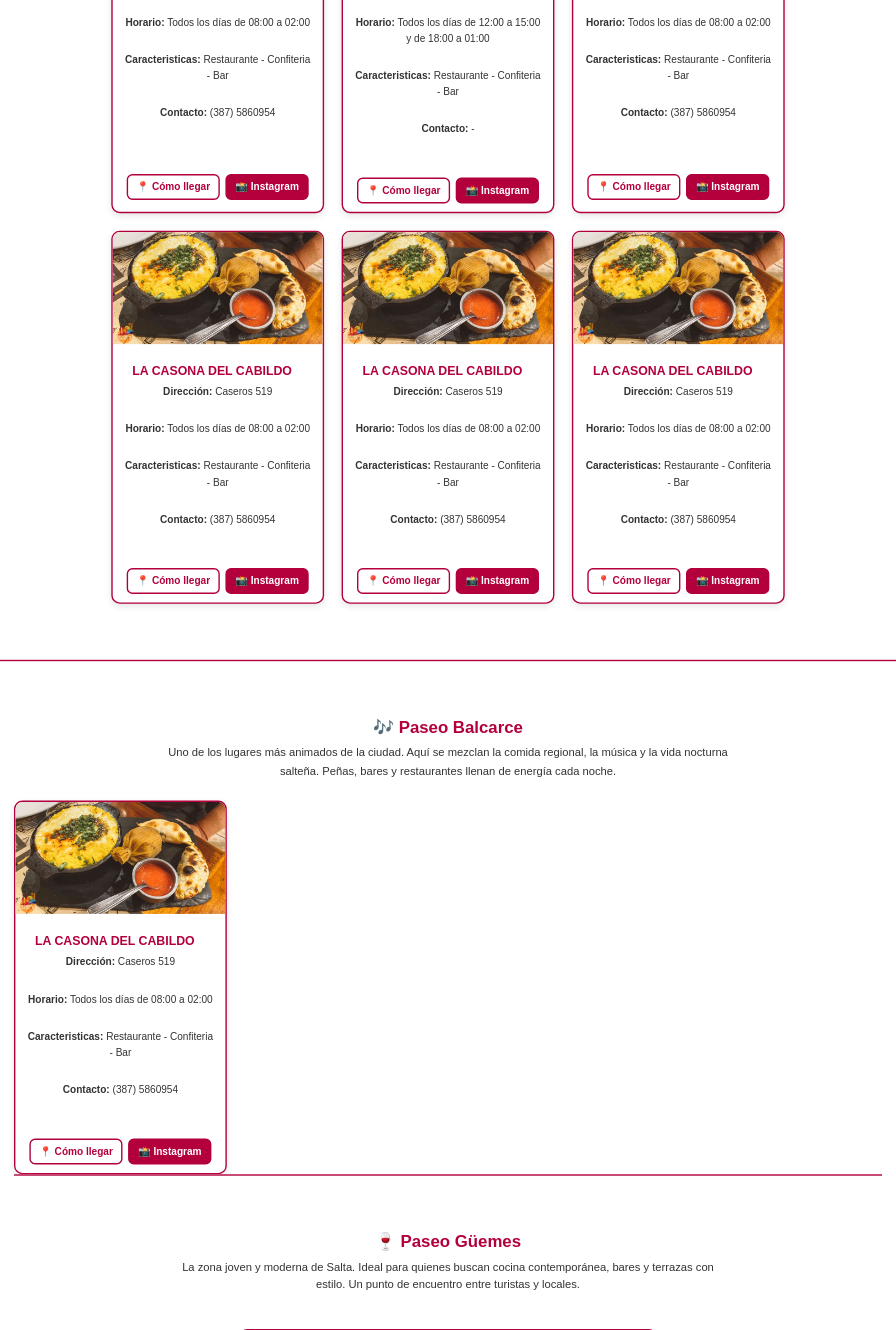
Repository: nahir95/come-en-salta
Page: restaurantes.html
An editor plug-in stored every save of this project. The page is shown before and after the next save, followed by the edit.
The browser window is 1280 px wide. The pictures show the part of the page from y = 2022 to 3922 px (the page is 6084 px tall before and 8751 px after), at 70% of full size.
Pictures or frames that could not be fetched are drawn as grey boxes.

Above is the page before, as saved 2025-11-12 02:47:12.

### restaurantes.html
<!doctype html>
<html lang="es">
<head>
  <meta charset="utf-8" />
  <meta name="viewport" content="width=device-width, initial-scale=1" />
  <title>Restaurantes - Comé en Salta</title>
  <link rel="stylesheet" href="style.css">
</head>

<body>
  <header>
    <h1>Comé en Salta</h1>
    <nav>
      <a href="index.html">Inicio</a>
      <a href="restaurantes.html">Restaurantes</a>
      <a href="penas.html">Peñas</a>
      <a href="#contacto">Contacto</a>
    </nav>
  </header>

  <main class="restaurantes">
    <section class="intro">
      <h2>Los mejores lugares para disfrutar en Salta</h2>
      <p>Explorá los sabores salteños en cada rincón de la ciudad. Desde el corazón histórico hasta los paseos más modernos, la gastronomía local te invita a vivir experiencias únicas.</p>
    </section>

    <!-- PLAZA 9 DE JULIO -->
<section id="plaza9" class="zona">
  <h2>🍽️ Plaza 9 de Julio</h2>
  <p>El corazón histórico de Salta ofrece restaurantes con encanto colonial, ideales para disfrutar de la gastronomía local frente a la plaza principal.</p>

  <div class="zona-grid">

    <!-- Restaurante 1 -->
    <article class="card restaurante">
      <img src="imagenes/cafe-catedral.jpeg" alt="El Solar del Convento">
      <div class="card-content">
        <h3>CAFE CATEDRAL</h3>
        <p><strong>Dirección:</strong> Bartolomé Mitre 95</p>
        <p><strong>Horarios:</strong> Lunes a Viernes: 7:00 a 22:00 - Sabado: 7:00 a 14:00</p>
        <p><strong>Caracteristicas:</strong> Desayunos, Almuerzos, Meriendas</p>
        <p><strong>Contacto:</strong> (387) 4317756 - (387) 5323658</p>
        <div class="btns-resto">
          <a href="https://maps.app.goo.gl/VMKrjFsvunXBDcr2A" target="_blank" class="btn">📍 Cómo llegar</a>
          <a href="https://www.instagram.com/cafecatedral_?igsh=MnE1amYwa3dqeDF6" target="_blank" class="btn btn-secundario">📸 Instagram</a>
        </div>
      </div>
    </article>

    <!-- Restaurante 2 -->
    <article class="card restaurante">
      <img src="imagenes/fritito.jpeg" alt="Fritito">
      <div class="card-content">
        <h3>FRITITO</h3>
        <p><strong>Dirección:</strong> Bartolome Mitre 85</p>
        <p><strong>Horario:</strong> Todos los días de 10:00 a 23:00</p>
        <p><strong>Caracteristicas:</strong> Comidas Rapidas - Fries & Burger</p>
        <p><strong>Contacto:</strong> (387) 5742741</p> <br> <br>
        <div class="btns-resto">
          <a href="https://maps.app.goo.gl/fA5zTu5r4aBTFWrC6?g_st=aw" target="_blank" class="btn">📍 Cómo llegar</a>
          <a href="https://www.instagram.com/fritito.salta?igsh=MXFieXNvZHdlZHZzZg==" target="_blank" class="btn btn-secundario">📸 Instagram</a>
        </div>
      </div>
    </article>

    <!-- Restaurante 3 -->
     <article class="card restaurante">
      <img src="imagenes/el-wey.png" alt="El Wey">
      <div class="card-content">
        <h3>EL WEY</h3>
        <p><strong>Dirección:</strong> Bartolome Mitre 81</p>
        <p><strong>Horario:</strong> Todos los días de 12:00 a 16:00 y de 19:00 a 00:00</p>
        <p><strong>Caracteristicas:</strong> Comida Mexicana: Tacos</p>
        <p><strong>Contacto:</strong> (387) 5157868</p> <br>
        <div class="btns-resto">
          <a href="https://maps.app.goo.gl/HWUzTfTShyvQshCx5?g_st=aw" target="_blank" class="btn">📍 Cómo llegar</a>
          <a href="https://www.instagram.com/el_wey_tacos?igsh=Mzk2ZTZzdmM3N3g5" target="_blank" class="btn btn-secundario">📸 Instagram</a>
        </div>
      </div>
     </article>

     <!-- Restaurante 4 -->
      <article class="card restaurante">
        <img src="imagenes/yako.jpeg" alt="Yako">
        <div class="card-content">
          <h3>YAKO MAAM</h3>
          <P><strong>Dirección:</strong> Bartolome Mitre 77</P>
          <p><strong>Horario:</strong> Todos los dias de 08:00 a 23:30</p>
          <p><strong>Caracteristicas:</strong> Cocina de Altura con técnicas de alta calidad.</p>
          <p><strong>Contacto:</strong> (387) 2529196</p> <br> <br> <br> <br> <br>
           <div class="btns-resto">
          <a href="https://maps.app.goo.gl/gud9KhsUfRgktwaAA?g_st=aw" target="_blank" class="btn">📍 Cómo llegar</a>
          <a href="https://www.instagram.com/yako.maam?igsh=ZW82NnRrNmltaHpj" target="_blank" class="btn btn-secundario">📸 Instagram</a>
        </div>
        </div>
      </article>

       <!-- Restaurante 5 -->
     <article class="card restaurante">
      <img src="imagenes/tuna.jpeg" alt="Tuna Cocina">
      <div class="card-content">
        <h3>TUNA COCINA</h3>
        <p><strong>Dirección:</strong> Bartolome Mitre 37 - Galeria El Palacio</p>
        <p><strong>Horario:</strong> Lunes a Jueves y Domingos: 07:00 a 01:00 - Los Viernes y Sabados: 07:00 a 02:00</p>
        <p><strong>Caracteristicas:</strong> Desayunos, Almuerzos. Meriendas, Cenas, Bar</p>
        <p><strong>Contacto:</strong> (387) 5381427</p> <br>
        <div class="btns-resto">
          <a href="https://maps.app.goo.gl/PCjznmCm7fmgmqhf8?g_st=aw" target="_blank" class="btn">📍 Cómo llegar</a>
          <a href="https://www.instagram.com/tunacocina?igsh=bWRpaGdxN2wyMXRj" target="_blank" class="btn btn-secundario">📸 Instagram</a>
        </div>
      </div>
     </article>

      <!-- Restaurante 6 -->
     <article class="card restaurante">
      <img src="imagenes/new-time.png" alt="New Time">
      <div class="card-content">
        <h3>NEW TIME</h3>
        <p><strong>Dirección:</strong> Caseros 602</p>
        <p><strong>Horario:</strong> Lunes a Viernes: 08:00 a 02:00 - Sabados y Domingos: 06:00 a 02:00</p>
        <p><strong>Caracteristicas:</strong> Desayunos, Almuerzos, Meriendas, Cenas</p>
        <p><strong>Contacto:</strong> (387) 4317567</p> <br> <br> <br> <br>
        <div class="btns-resto">
          <a href="https://maps.app.goo.gl/SDz5q4yyxKZGqRi97?g_st=aw" target="_blank" class="btn">📍 Cómo llegar</a>
        </div>
      </div>
     </article>

      <!-- Restaurante 7 -->
     <article class="card restaurante">
      <img src="imagenes/la-casona.webp" alt="La Casona del Cabildo">
      <div class="card-content">
        <h3>LA CASONA DEL CABILDO</h3>
        <p><strong>Dirección:</strong> Caseros 519</p>
        <p><strong>Horario:</strong> Todos los días de 08:00 a 02:00</p>
        <p><strong>Caracteristicas:</strong> Restaurante - Confiteria - Bar</p>
        <p><strong>Contacto:</strong> (387) 5860954</p> <br> <br>
        <div class="btns-resto">
          <a href="https://maps.app.goo.gl/SqyFGXWdCELtACJa8?g_st=aw" target="_blank" class="btn">📍 Cómo llegar</a>
          <a href="https://www.instagram.com/lacasonadelcabildo?igsh=MThnNnZqaWN6cmZneg==" target="_blank" class="btn btn-secundario">📸 Instagram</a>
        </div>
      </div>
     </article>

      <!-- Restaurante 8 -->
     <article class="card restaurante">
      <img src="imagenes/pulperia.png" alt="Pulperia 1910">
      <div class="card-content">
        <h3>PULPERIA 1910</h3>
        <p><strong>Dirección:</strong> Caseros 511</p>
        <p><strong>Horario:</strong> Todos los días de 12:00 a 15:00 y de 18:00 a 01:00</p>
        <p><strong>Caracteristicas:</strong> Restaurante - Confiteria - Bar</p>
        <p><strong>Contacto:</strong> - </p> <br>
        <div class="btns-resto">
          <a href="https://maps.app.goo.gl/pwbjSTetp75Qohrx8?g_st=aw" target="_blank" class="btn">📍 Cómo llegar</a>
          <a href="https://www.instagram.com/pulperia.1910?igsh=dnhlMGJxeWgxdmh1" target="_blank" class="btn btn-secundario">📸 Instagram</a>
        </div>
      </div>
     </article>

      <!-- Restaurante 9 -->
     <article class="card restaurante">
      <img src="imagenes/carrusel-1.jpg" alt="La Casona del Cabildo">
      <div class="card-content">
        <h3>LA CASONA DEL CABILDO</h3>
        <p><strong>Dirección:</strong> Caseros 519</p>
        <p><strong>Horario:</strong> Todos los días de 08:00 a 02:00</p>
        <p><strong>Caracteristicas:</strong> Restaurante - Confiteria - Bar</p>
        <p><strong>Contacto:</strong> (387) 5860954</p> <br> <br>
        <div class="btns-resto">
          <a href="https://maps.app.goo.gl/SqyFGXWdCELtACJa8?g_st=aw" target="_blank" class="btn">📍 Cómo llegar</a>
          <a href="https://www.instagram.com/lacasonadelcabildo?igsh=MThnNnZqaWN6cmZneg==" target="_blank" class="btn btn-secundario">📸 Instagram</a>
        </div>
      </div>
     </article>

      <!-- Restaurante 10 -->
     <article class="card restaurante">
      <img src="imagenes/carrusel-1.jpg" alt="La Casona del Cabildo">
      <div class="card-content">
        <h3>LA CASONA DEL CABILDO</h3>
        <p><strong>Dirección:</strong> Caseros 519</p>
        <p><strong>Horario:</strong> Todos los días de 08:00 a 02:00</p>
        <p><strong>Caracteristicas:</strong> Restaurante - Confiteria - Bar</p>
        <p><strong>Contacto:</strong> (387) 5860954</p> <br>
        <div class="btns-resto">
          <a href="https://maps.app.goo.gl/SqyFGXWdCELtACJa8?g_st=aw" target="_blank" class="btn">📍 Cómo llegar</a>
          <a href="https://www.instagram.com/lacasonadelcabildo?igsh=MThnNnZqaWN6cmZneg==" target="_blank" class="btn btn-secundario">📸 Instagram</a>
        </div>
      </div>
     </article>

      <!-- Restaurante 11 -->
     <article class="card restaurante">
      <img src="imagenes/carrusel-1.jpg" alt="La Casona del Cabildo">
      <div class="card-content">
        <h3>LA CASONA DEL CABILDO</h3>
        <p><strong>Dirección:</strong> Caseros 519</p>
        <p><strong>Horario:</strong> Todos los días de 08:00 a 02:00</p>
        <p><strong>Caracteristicas:</strong> Restaurante - Confiteria - Bar</p>
        <p><strong>Contacto:</strong> (387) 5860954</p> <br>
        <div class="btns-resto">
          <a href="https://maps.app.goo.gl/SqyFGXWdCELtACJa8?g_st=aw" target="_blank" class="btn">📍 Cómo llegar</a>
          <a href="https://www.instagram.com/lacasonadelcabildo?igsh=MThnNnZqaWN6cmZneg==" target="_blank" class="btn btn-secundario">📸 Instagram</a>
        </div>
      </div>
     </article>

      <!-- Restaurante 12 -->
     <article class="card restaurante">
      <img src="imagenes/carrusel-1.jpg" alt="La Casona del Cabildo">
      <div class="card-content">
        <h3>LA CASONA DEL CABILDO</h3>
        <p><strong>Dirección:</strong> Caseros 519</p>
        <p><strong>Horario:</strong> Todos los días de 08:00 a 02:00</p>
        <p><strong>Caracteristicas:</strong> Restaurante - Confiteria - Bar</p>
        <p><strong>Contacto:</strong> (387) 5860954</p> <br>
        <div class="btns-resto">
          <a href="https://maps.app.goo.gl/SqyFGXWdCELtACJa8?g_st=aw" target="_blank" class="btn">📍 Cómo llegar</a>
          <a href="https://www.instagram.com/lacasonadelcabildo?igsh=MThnNnZqaWN6cmZneg==" target="_blank" class="btn btn-secundario">📸 Instagram</a>
        </div>
      </div>
     </article>




  </div>
</section>


    <!-- PASEO BALCARCE -->
    <section id="balcarce" class="zona">
      <h2>🎶 Paseo Balcarce</h2>
      <p>Uno de los lugares más animados de la ciudad. Aquí se mezclan la comida regional, la música y la vida nocturna salteña. Peñas, bares y restaurantes llenan de energía cada noche.</p>

     <!-- Restaurante 12 -->
     <article class="card restaurante">
      <img src="imagenes/carrusel-1.jpg" alt="La Casona del Cabildo">
      <div class="card-content">
        <h3>LA CASONA DEL CABILDO</h3>
        <p><strong>Dirección:</strong> Caseros 519</p>
        <p><strong>Horario:</strong> Todos los días de 08:00 a 02:00</p>
        <p><strong>Caracteristicas:</strong> Restaurante - Confiteria - Bar</p>
        <p><strong>Contacto:</strong> (387) 5860954</p> <br>
        <div class="btns-resto">
          <a href="https://maps.app.goo.gl/SqyFGXWdCELtACJa8?g_st=aw" target="_blank" class="btn">📍 Cómo llegar</a>
          <a href="https://www.instagram.com/lacasonadelcabildo?igsh=MThnNnZqaWN6cmZneg==" target="_blank" class="btn btn-secundario">📸 Instagram</a>
        </div>
      </div>
     </article>

    <!-- PASEO GÜEMES -->
    <section id="guemes" class="zona">
      <h2>🍷 Paseo Güemes</h2>
      <p>La zona joven y moderna de Salta. Ideal para quienes buscan cocina contemporánea, bares y terrazas con estilo. Un punto de encuentro entre turistas y locales.</p>

      <div class="zona-grid">
        <article class="card">
          <img src="https://images.unsplash.com/photo-1615719413546-198b25453f85?w=800" alt="Paseo Güemes">
          <h3>El Charrúa</h3>
          <p>Especialidad en carnes a la parrilla y vinos de altura. Un clásico salteño imperdible.</p>
        </article>
        <article class="card">
          <img src="https://images.unsplash.com/photo-1551218808-94e220e084d2?w=800" alt="Café moderno">
          <h3>Baco Resto Bar</h3>
          <p>Ambiente moderno y excelente coctelería, ideal para compartir entre amigos.</p>
        </article>
      </div>
    </section>

    <!-- CADENAS DE COMIDAS RÁPIDAS -->
    <section id="rapidas" class="zona">
      <h2>🍔 Cadenas de Comidas Rápidas</h2>
      <p>También hay opciones para quienes buscan algo rápido y conocido. Las principales cadenas se encuentran cerca del centro y los shoppings.</p>

      <ul class="lista-rapidas">
        <li>McDonald’s – Shopping Alto NOA</li>
        <li>Burger King – Caseros 500</li>
        <li>Mostaza – Paseo Güemes</li>
        <li>Subway – Balcarce 50</li>
      </ul>
    </section>

    <!-- EXTRA: RESTAURANTES DESTACADOS -->
    <section id="destacados" class="zona">
      <h2>⭐ Recomendados por los turistas</h2>
      <p>Según visitantes y locales, estos son algunos de los restaurantes imperdibles para vivir la experiencia completa de la gastronomía salteña.</p>
      <div class="zona-grid">
        <article class="card">
          <img src="https://images.unsplash.com/photo-1504674900247-0877df9cc836?w=800" alt="Empanadas salteñas">
          <h3>Doña Salta</h3>
          <p>Empanadas caseras, locro y guisos típicos en un ambiente colonial.</p>
        </article>
        <article class="card">
          <img src="https://images.unsplash.com/photo-1601924582971-c8b28a3a13f1?w=800" alt="Locro salteño">
          <h3>El Patio de la Empanada</h3>
          <p>Conocido por su sabor auténtico y precios populares. Ideal para turistas.</p>
        </article>
      </div>
    </section>
  </main>

  <footer>
    Creado con ❤️ por Comé en Salta · 2025
  </footer>
</body>
</html>

Loaded but not shown: style.css (441 lines, source omitted)

After the next save:
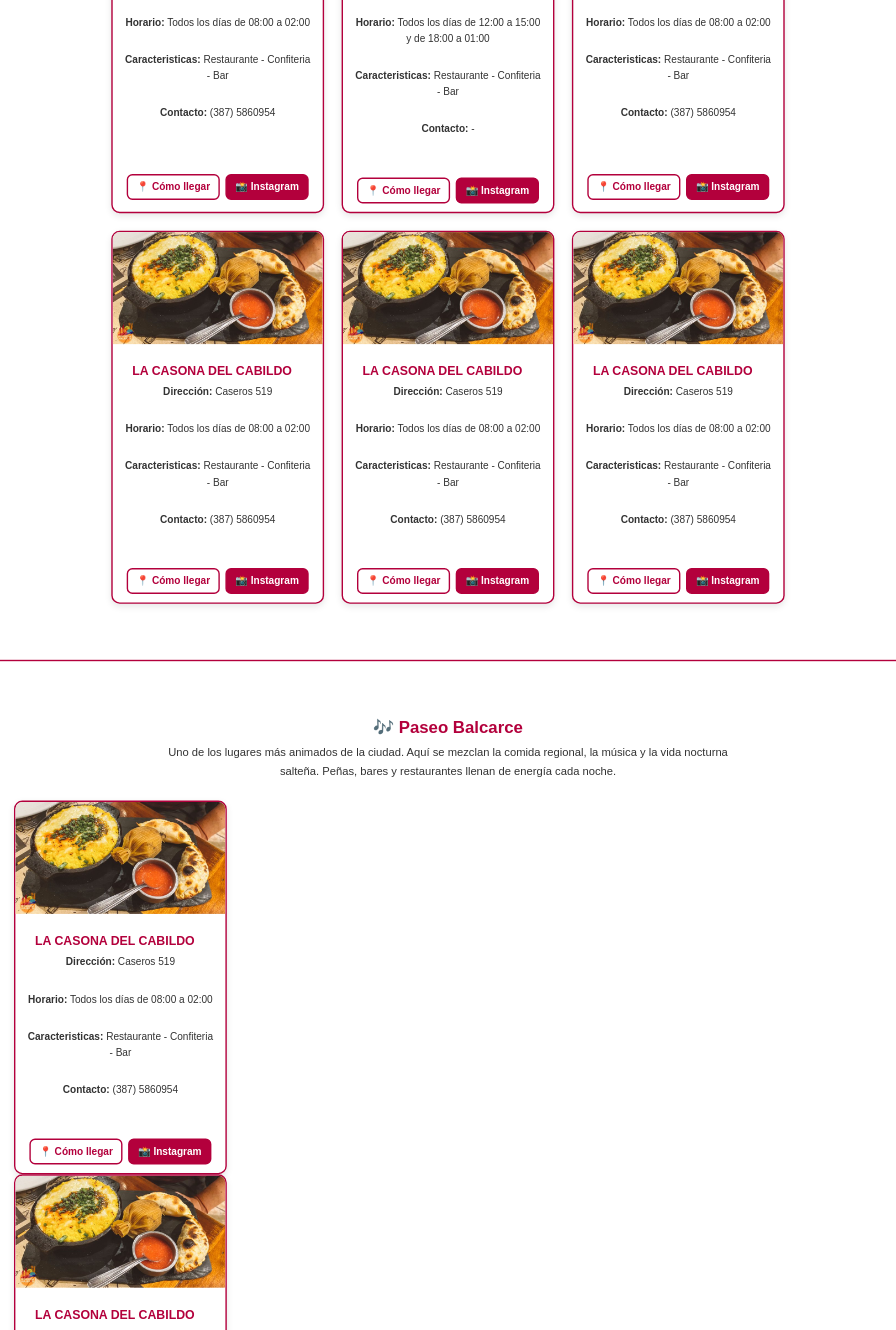
Saved 104 s later.
--- a/restaurantes.html
+++ b/restaurantes.html
@@ -249,6 +249,87 @@
         </div>
       </div>
      </article>
+
+      <!-- Restaurante 12 -->
+     <article class="card restaurante">
+      <img src="imagenes/carrusel-1.jpg" alt="La Casona del Cabildo">
+      <div class="card-content">
+        <h3>LA CASONA DEL CABILDO</h3>
+        <p><strong>Dirección:</strong> Caseros 519</p>
+        <p><strong>Horario:</strong> Todos los días de 08:00 a 02:00</p>
+        <p><strong>Caracteristicas:</strong> Restaurante - Confiteria - Bar</p>
+        <p><strong>Contacto:</strong> (387) 5860954</p> <br>
+        <div class="btns-resto">
+          <a href="https://maps.app.goo.gl/SqyFGXWdCELtACJa8?g_st=aw" target="_blank" class="btn">📍 Cómo llegar</a>
+          <a href="https://www.instagram.com/lacasonadelcabildo?igsh=MThnNnZqaWN6cmZneg==" target="_blank" class="btn btn-secundario">📸 Instagram</a>
+        </div>
+      </div>
+     </article>
+
+      <!-- Restaurante 12 -->
+     <article class="card restaurante">
+      <img src="imagenes/carrusel-1.jpg" alt="La Casona del Cabildo">
+      <div class="card-content">
+        <h3>LA CASONA DEL CABILDO</h3>
+        <p><strong>Dirección:</strong> Caseros 519</p>
+        <p><strong>Horario:</strong> Todos los días de 08:00 a 02:00</p>
+        <p><strong>Caracteristicas:</strong> Restaurante - Confiteria - Bar</p>
+        <p><strong>Contacto:</strong> (387) 5860954</p> <br>
+        <div class="btns-resto">
+          <a href="https://maps.app.goo.gl/SqyFGXWdCELtACJa8?g_st=aw" target="_blank" class="btn">📍 Cómo llegar</a>
+          <a href="https://www.instagram.com/lacasonadelcabildo?igsh=MThnNnZqaWN6cmZneg==" target="_blank" class="btn btn-secundario">📸 Instagram</a>
+        </div>
+      </div>
+     </article>
+
+      <!-- Restaurante 12 -->
+     <article class="card restaurante">
+      <img src="imagenes/carrusel-1.jpg" alt="La Casona del Cabildo">
+      <div class="card-content">
+        <h3>LA CASONA DEL CABILDO</h3>
+        <p><strong>Dirección:</strong> Caseros 519</p>
+        <p><strong>Horario:</strong> Todos los días de 08:00 a 02:00</p>
+        <p><strong>Caracteristicas:</strong> Restaurante - Confiteria - Bar</p>
+        <p><strong>Contacto:</strong> (387) 5860954</p> <br>
+        <div class="btns-resto">
+          <a href="https://maps.app.goo.gl/SqyFGXWdCELtACJa8?g_st=aw" target="_blank" class="btn">📍 Cómo llegar</a>
+          <a href="https://www.instagram.com/lacasonadelcabildo?igsh=MThnNnZqaWN6cmZneg==" target="_blank" class="btn btn-secundario">📸 Instagram</a>
+        </div>
+      </div>
+     </article>
+
+      <!-- Restaurante 12 -->
+     <article class="card restaurante">
+      <img src="imagenes/carrusel-1.jpg" alt="La Casona del Cabildo">
+      <div class="card-content">
+        <h3>LA CASONA DEL CABILDO</h3>
+        <p><strong>Dirección:</strong> Caseros 519</p>
+        <p><strong>Horario:</strong> Todos los días de 08:00 a 02:00</p>
+        <p><strong>Caracteristicas:</strong> Restaurante - Confiteria - Bar</p>
+        <p><strong>Contacto:</strong> (387) 5860954</p> <br>
+        <div class="btns-resto">
+          <a href="https://maps.app.goo.gl/SqyFGXWdCELtACJa8?g_st=aw" target="_blank" class="btn">📍 Cómo llegar</a>
+          <a href="https://www.instagram.com/lacasonadelcabildo?igsh=MThnNnZqaWN6cmZneg==" target="_blank" class="btn btn-secundario">📸 Instagram</a>
+        </div>
+      </div>
+     </article>
+
+      <!-- Restaurante 12 -->
+     <article class="card restaurante">
+      <img src="imagenes/carrusel-1.jpg" alt="La Casona del Cabildo">
+      <div class="card-content">
+        <h3>LA CASONA DEL CABILDO</h3>
+        <p><strong>Dirección:</strong> Caseros 519</p>
+        <p><strong>Horario:</strong> Todos los días de 08:00 a 02:00</p>
+        <p><strong>Caracteristicas:</strong> Restaurante - Confiteria - Bar</p>
+        <p><strong>Contacto:</strong> (387) 5860954</p> <br>
+        <div class="btns-resto">
+          <a href="https://maps.app.goo.gl/SqyFGXWdCELtACJa8?g_st=aw" target="_blank" class="btn">📍 Cómo llegar</a>
+          <a href="https://www.instagram.com/lacasonadelcabildo?igsh=MThnNnZqaWN6cmZneg==" target="_blank" class="btn btn-secundario">📸 Instagram</a>
+        </div>
+      </div>
+     </article>
+
 
     <!-- PASEO GÜEMES -->
     <section id="guemes" class="zona">
